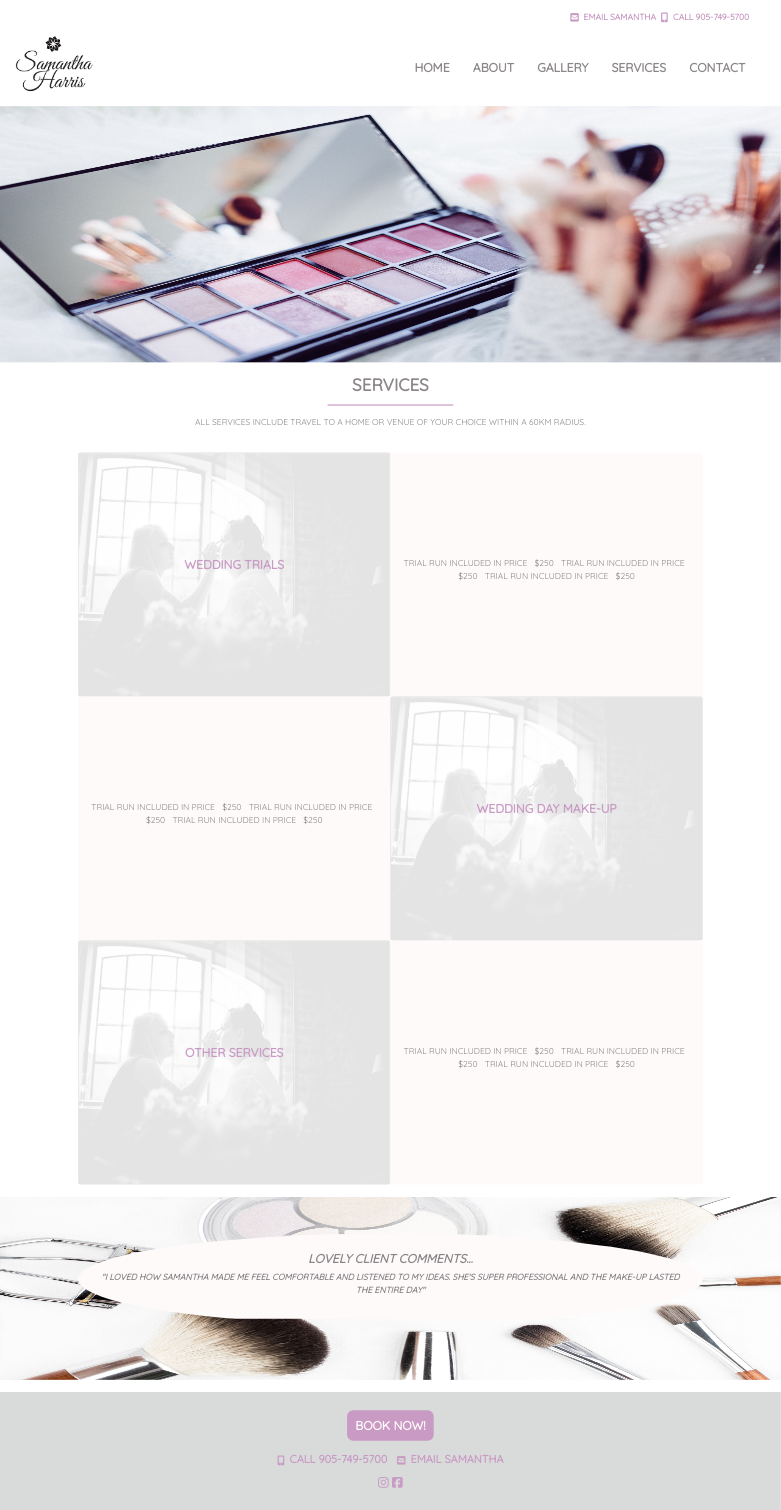
Repository: JayneyNix/milestone-1-UCFD
Page: services.html
The author's editor kept a record of every edit. The page is drawn from the files as they stood at one moment, then again after the next edit.
The browser window is 1280 px wide. The pictures show the whole page, at 61% of full size.
Some web libraries are served in a nearby version.

Above is the page before.

### services.html
<!DOCTYPE html>
<html lang="en">

<head>
    <meta charset="UTF-8">
    <meta name="viewport" content="width=device-width, initial-scale=1.0">
    <meta http-equiv="X-UA-Compatible" content="ie=edge">
    <title>Services | Professional Bridal Make-Up | Samantha Harris</title>
    <script src="https://code.jquery.com/jquery-3.3.1.slim.min.js" integrity="sha384-q8i/X+965DzO0rT7abK41JStQIAqVgRVzpbzo5smXKp4YfRvH+8abtTE1Pi6jizo" crossorigin="anonymous"></script>
    <link href="https://stackpath.bootstrapcdn.com/bootstrap/4.3.1/css/bootstrap.min.css" rel="stylesheet" integrity="sha384-ggOyR0iXCbMQv3Xipma34MD+dH/1fQ784/j6cY/iJTQUOhcWr7x9JvoRxT2MZw1T" crossorigin="anonymous" type="text/css">
    <link rel="stylesheet" href="https://cdnjs.cloudflare.com/ajax/libs/hover.css/2.3.1/css/hover-min.css" type="text/css">
    <link rel="stylesheet" href="https://fonts.googleapis.com/css?family=Quicksand">
    <script src="https://kit.fontawesome.com/26094534a3.js" crossorigin="anonymous"></script>
    <link rel="stylesheet" href="Assets/style.css" class="text/css">
</head>

<body>
    <!--Navigation-->

    <div class="fixed-header d-flex flex-row-reverse mt-2 pr-5 align-items-center">
        <div class="p-1 call-text mt-2">
            <a class="call-header" href="tel:905-749-5700" target="-blank">
                <h5 class="h5 headings"><span class="number">Call 905-749-5700</span></h5>
            </a>
        </div>
        <div class="p-1 call-icon"><a class="call-header" href="tel:905-749-5700" target="-blank"><i class="fas fa-mobile-alt" aria-hidden="true"></i></a>
        </div>
        <div class="p-1 email-text mt-2">
            <a class="email-header" href="mailto:bookings@samanthaharris.ca" target="-blank">
                <span class="call"><h5 class="h5 headings">Email Samantha</h5></span>
            </a>
        </div>
        <div class="p-1 email-icon"><a class="email-header" href="mailto:bookings@samanthaharris.ca" target="-blank"><i class="fas fa-envelope-square" aria-hidden="true"></i></a>
        </div>
    </div>


    <div class="container-fluid nav-container no-padding" role="navigation">
        <nav class="navbar navbar-light navbar-expand-lg">

            <a class="navbar-brand" href="index.html">
                <img src="Assets/logo.png" class="d-inline-block align-top"
      alt="samantha-harris-logo"/>
      </a>

            <button class="navbar-toggler ml-auto" type="button" data-toggle="collapse" data-target="#navbarNavDropdown" aria-controls="navbarNavDropdown" aria-expanded="false" aria-label="Toggle navigation">
          <span class="navbar-toggler-icon"></span>
      </button>
            <div class="collapse navbar-collapse" id="navbarNavDropdown">
                <ul class="navbar-nav navbar-default ml-auto">
                    <li class="nav-item">
                        <a class="nav-link active" href="index.html">Home</a>
                    </li>
                    <li class="nav-item">
                        <a class="nav-link" href="about.html">About</a>
                    </li>
                    <li class="nav-item">
                        <a class="nav-link" href="gallery.html">Gallery</a>
                    </li>
                    <li class="nav-item">
                        <a class="nav-link" href="services.html">Services</a>
                    </li>
                    <li class="nav-item last">
                        <a class="nav-link" href="contact.html">Contact</a>
                    </li>
                </ul><br>
            </div>
        </nav>
    </div>

    <!--Navigation-->

    <!--Introduction-->

    <div class="container-fluid services-main-banner no-padding">
        <div class="row no-gutters">
            <div class="col-sm-12">
                <img src="Assets/make-up-palette.jpg" class="img-fluid services-image w-100" alt="about-page-banner-image" />

            </div>
        </div>
    </div>

    <div class="container-fluid intro-section no-padding text-center">
        <div class="row no-gutters">
            <div class="col-sm-12 col-md-12-offset-3">
                <h1 class="h1 headings">Services</h1>
                <hr class="line">
                <p class="p headings">All services include travel to a home or venue of your choice within a 60km radius.</p><br>
            </div>

        </div>

    </div>

    <!--Introduction-->

    <!--Services Section-->

   <div class="container services-container text-center">
        <div class="row pricing-row d-flex justify-content-center no-gutter">
            <div class="card services-heading col-md-6 d-flex align-content-center flex-wrap">
                <img class="card-img img-fluid" src="Assets/make-up-artist-and-bride-facing-eachother.jpg" alt="card-background">
                <div class="card-img-overlay">
                    <h2 class="card-title h2 headings">Wedding Trials</h2>
                </div>
            </div>

            <div class="services-text col-md-6 col-sm-order-2 d-flex align-content-center flex-wrap">
                <ul class="list-inline p headings">
                    <li class="list-inline-item">Trial Run included in price</li>
                    <li class="list-inline-item">$250</li>
                    <li class="list-inline-item">Trial Run included in price</li>
                    <li class="list-inline-item">$250</li>
                    <li class="list-inline-item">Trial Run included in price</li>
                    <li class="list-inline-item">$250</li>
</ul>
            </div>
        </div>
        <div class="row pricing-row d-flex justify-content-center no-gutter">
            <div class="services-text col-md-6 col-sm-push-6 d-flex align-content-center flex-wrap">
                <ul class="list-inline p headings">
                    <li class="list-inline-item">Trial Run included in price</li>
                    <li class="list-inline-item">$250</li>
                    <li class="list-inline-item">Trial Run included in price</li>
                    <li class="list-inline-item">$250</li>
                    <li class="list-inline-item">Trial Run included in price</li>
                    <li class="list-inline-item">$250</li>
                    </ul>
            </div>

            <div class="card services-heading col-md-6 col-sm-push-6 d-flex align-content-center flex-wrap">
                <img class="card-img img-fluid" src="Assets/make-up-artist-and-bride-facing-eachother.jpg" alt="card-background">
                <div class="card-img-overlay">
                    <h2 class="card-title h2 headings">Wedding Day Make-Up</h2>
                </div>
            </div>
        </div>

        <div class="row pricing-row d-flex justify-content-center no-gutter">
            <div class="card services-heading col-md-6 d-flex align-content-center flex-wrap">
                <img class="card-img img-fluid" src="Assets/make-up-artist-and-bride-facing-eachother.jpg" alt="card-background">
                <div class="card-img-overlay">
                    <h2 class="card-title h2 headings">Other Services</h2>
                </div>
            </div>

            <div class="services-text col-md-6 col-sm-order-2 d-flex align-content-center flex-wrap">
                <ul class="list-inline p headings">
                    <li class="list-inline-item">Trial Run included in price</li>
                    <li class="list-inline-item">$250</li>
                    <li class="list-inline-item">Trial Run included in price</li>
                    <li class="list-inline-item">$250</li>
                    <li class="list-inline-item">Trial Run included in price</li>
                    <li class="list-inline-item">$250</li>
</ul>
            </div>
    </div>
    </div>


 <!--Services Section-->


    <!--Testimonials-->

    <div id="testimonial-carousel" class="carousel slide d-none d-md-block" data-ride="carousel">
        <div class="carousel-inner">
            <div class="carousel-item active">
                <img class="carousel-image d-block w-100" src="Assets/cosmetic-brushes.png" alt="Slide-One">
                <div class="carousel-caption d-none d-md-block height-auto">
                    <div class="box">
                        <h2 class="h2 headings carousel-heading align-items-center justify-content-center">Lovely client comments...</h2>
                        <p class="p headings carousel-text">"Sam was awesome from the moment I met her I knew I didn't want anyone else to do my make-up! I felt so confident and beautiful but still like me"
                        </p>
                    </div>
                </div>
            </div>

            <div class="carousel-item">
                <img class="carousel-image d-block w-100" src="Assets/cosmetic-brushes.png" alt="Slide-Two">
                <div class="carousel-caption d-none d-md-block">
                    <div class="box">
                        <h2 class="h2 headings carousel-heading align-items-center justify-content-center">Lovely client comments...</h2>
                        <p class="p headings carousel-text">"I loved how Samantha made me feel comfortable and listened to my ideas. She's super professional and the make-up lasted the entire day"
                        </p>
                    </div>
                </div>
            </div>
            <div class="carousel-item">
                <img class="carousel-image d-block w-100" src="Assets/cosmetic-brushes.png" alt="Slide-Three">
                <div class="carousel-caption d-none d-md-block">
                    <div class="box">
                        <h2 class="h2 headings carousel-heading align-items-center justify-content-center">Lovely client comments...</h2>
                        <p class="p headings carousel-text">"I was looking for someone who uses natural products and the latest techniques and Samantha was knowledgeable, experienced and wasn't flustered with our party of 7!"
                        </p>
                    </div>
                </div>
            </div>
        </div>
    </div>

    <!--Testimonials-->

    <!--Footer-->

    <footer class="container-fluid footer-container no-padding">

        <div id="footer" class="row">
            <div class="col-sm-12">
                <div class="action">
                    <btn class="footer-button">
                        <a class="contact-link" href="contact.html">
                            <h2 class="h2 headings footer-items">BOOK NOW!</h2>
                        </a>
                    </btn>
                </div>

                <div class="d-flex flex-row justify-content-center mt-3">

                    <div class="p-1 call-icon"><a class="call-header" href="tel:905-749-5700" target="-blank"><i class="fas fa-mobile-alt" aria-hidden="true"></i></a>
                    </div>
                    <div class="p-1 call-text mr-2">
                        <a class="call-contact" href="tel:905-749-5700" target="-blank">
                            <h3 class="h3 headings">Call 905-749-5700</h3>
                        </a>
                    </div>
                    <div class="p-1 email icon"><a class="email-header" href="mailto:bookings@samanthaharris.ca" target="-blank"><i class="fas fa-envelope-square" aria-hidden="true"></i></a>
                    </div>
                    <div class="p-1 email-text">
                        <a class="email-contact" href="mailto:bookings@samanthaharris.ca" target="-blank">
                            <h3 class="h3 headings">Email Samantha</h3>
                        </a>
                    </div>
                </div>

                <div class="col-sm-12">
                    <div class="social"></div>
                    <a class="insta" href="https://www.instagram.com" target="-blank"><i class="fab fa-instagram" aria-hidden="true"></i>
                    </a>
                    <a class="facebook" href="https://www.facebook.com" target="-blank"><i class="fab fa-facebook-square" aria-hidden="true"></i></a>
                </div>
            </div>
        </div>
    </footer>

    <!--Footer-->
    <script src="https://cdnjs.cloudflare.com/ajax/libs/jquery/3.4.1/jquery.slim.min.js"></script>
    <script src="https://cdnjs.cloudflare.com/ajax/libs/popper.js/1.15.0/umd/popper.min.js"></script>
    <script src="https://cdnjs.cloudflare.com/ajax/libs/twitter-bootstrap/4.3.1/js/bootstrap.min.js"></script>
</body>

</html>

### Assets/style.css
/*Typography*/

.headings {

    font-family: Quicksand, sans-serif;
    text-transform: uppercase;
    font-weight: bold;
}

.h1 {
    font-size: 28px;
    color: #8a8689;
    font-weight: bold;
}

.h2 {
    font-size: 20px;
    font-weight: bold;
}

.h3 {
    font-size: 18px;
    color: #8a8689;
}

.h4 {
    font-size: 16px;
}

.h5 {
    font-size: 14px;
    color: #8a8689;
}

.p {
    font-size: 14px;
    color: #8a8689;
    font-weight: normal;
}

.line {
    border-style: solid;
    border-width: 1px;
    border-color: #c99bc4;
    width:20%;
    background-position: center;
    background-repeat: no-repeat;
}

/*Typography*/


/*Contact Header*/

.p-1 .email-header {
    color: #c99bc4;
    text-decoration: none;
}

.p-1 .call-header {
    color: #c99bc4;
    text-decoration: none;
}

.p-1 .email-header:hover {
    color: #8a8689;
}

.p-1 .call-header:hover {
    color: #8a8689;
}

.p-1 .h5 {
    color: #c99bc4;
}

.p-1 .h5:hover {
    color: #8a8689;
}

/*Contact Header*/


/*--Navigation--*/

.nav-container {
    padding-right: 20px;
    padding-left: 0;
}

.navbar {
    background-color: #fff;
    padding: 0;
}

.navbar-brand {
    padding-left: 20px;
    padding-bottom: 20px;
    background-size: cover;
    width: 150;
    height: 150;
}

.navbar-nav {
    padding-right: 30px;
}

.nav-item {
    padding: 20;
}

.nav-link {
    font-family: "Quicksand", sans-serif;
    font-size: 20px;
    font-weight: bold;
    text-decoration: none;
    text-transform: uppercase;
    color: #8a8689!important;
    vertical-align: middle;
    padding-left: 30px!important;
}

.nav-link:hover {
    color: #c99bc4!important;
    transform: scale(1.25);
    transition: ease-in-out;
    transition-duration: 0.3s;
}

.navbar-light .navbar-toggler {
    padding-right: 30px;
    border: 0;
    font-weight: bold;
}

  .navbar-toggler:focus, .navbar-toggler:active {
    outline: none;
    box-shadow: none;
    color: #c99bc4;
  }

@media (max-width: 992px) {
    #navbarNavDropdown {
        text-align: center;
    }
}

/*--Navigation--*/


/*--Footer*/

.container-fluid .footer-container {
    display: inline-block;
    font-size: 0;
}

#footer {
    background-color: #d9dbda;
    text-align: center;
    padding-top: 30px;
    padding-bottom: 30px;
}

.footer-button {
    position: relative;
    display: inline-block;
    font-family: "Quicksand", sans-serif;
    font-size: 20px;
    font-weight: bolder;
    text-transform: uppercase;
    vertical-align: middle;
    border: 3px solid #c99bc4;
    border-radius: 10px;
    padding: 10px;
    text-align: center;
    background-color: #c99bc4;
}

.footer-button .contact-link {
    text-decoration: none;
}

.footer-items {
    color: #fffafa;
    font-weight: bold;
    vertical-align: middle;
    margin: 0;
}

.footer-items:hover {
    color: #8a8689;
    transform: scale(1.1);
    transition: ease-in-out;
    transition-duration: 0.5s;
}

.call-contact .h3 {
    color: #c99bc4;
    text-decoration: none;
}

.a .call-contact {
    text-decoration: none;
}

.email-contact .h3 {
    color: #c99bc4;
    text-decoration: none;
}

.a .email-contact {
    text-decoration: none;
}

.call-contact .h3:hover {
    color: #8a8689;
}

.email-contact .h3:hover {
    color: #8a8689;
}

.insta {
    color: #c99bc4;
    font-size: 20px;
}

.facebook {
    color: #c99bc4;
    font-size: 20px;
}

.insta:hover {
    color: #8a8689;
    text-decoration: none;
}

.facebook:hover {
    color: #8a8689;
    text-decoration: none;
}

/*--Footer*/


/*--Homepage Section 1 - Banner & Intro*/

.home-main-banner {
    max-width: 100%;
    height: 100%;
    padding: 0px 0px 20px;
    margin: 0;
    font-size: 0;
}

#home-main-intro {
    padding: 0;
    margin: 0;
}

.intro-section {
    padding: 0;
    width: 80%;
}

/*--End Homepage Section 1 - Banner & Intro*/


/*--Homepage Section 2 - Testimonials*/

#testimonial-carousel {
    display: block;
    padding: 0;
    font-size: 0;
    margin-bottom: 20px;
    height: 300px;
}

.carousel-image {
    height: 300px;
}

.carousel-caption {
    position: absolute;
    left: 50%;
    top: 40%;
    transform: translate(-50%, -50%);
    overflow: hidden;
    width: 80%;
}

.carousel-heading {
    color: #8a8689;
    font-style: italic;
    font-weight: bolder;
}

.carousel-text {
    font-style: italic;
    font-weight: bolder;
}

.box {
    border: 0px transparent;
    border-radius: 50%;
    background-color: #fffafa;
    padding: 30px;
}

/*--End Homepage Section 2 - Testimonials*/


/*--Gallery--*/

.gallery-container {
    padding-bottom: 20px;
}

/*--End Gallery--*/


/*--Contact Page--*/

.contact-main-banner {
    max-width: 100%;
    padding: 0px 0px 20px;
    margin: 0;
    font-size: 0;
}

.contact-image {
    height: 420px;
}

.contact-intro {
    padding: 0;
    margin: 0;
}

.contact-container {
    width: 100%;
    padding-bottom: 20px;
    margin: 20px 0px;
    padding-left: 0;
    padding-right: 0;
    vertical-align: middle;
    background-color: #fffafa;
}

.row-top {
    padding-top: 40px;
}

.row-second-section  {
    padding-top: 20px;
}

.row-bottom {
    padding-top:20px;
}

.send-btn {
    vertical-align: middle;
    border: 3px solid #c99bc4;
    border-radius: 10px;
    padding: 10px;
    text-align: center;
    background-color: #c99bc4;
    color: #fffafa;
    font-weight: bolder;
}

.send-btn:hover {
    color: #8a8689;
    transform: scale(1.1);
    transition: ease-in-out;
    transition-duration: 0.5s;
}

.form-control::placeholder {
    font-family: Quicksand, 'sans-serif';
    font-size: 14px;
    font-style: italic;
    font-weight: bold;
    text-transform: uppercase;
    color:#8a8689;
}

::-webkit-datetime-edit-text {
    color: #8a8689;
    padding: 0 0.3em;
    text-transform: uppercase;
    font-family: Quicksand, 'sans-serif';
    font-size: 14px;
    font-style: italic;
    font-weight: bold;
    }

/*--End Contact Page--*/


/*--About Page--*/

.about-main-banner {
    max-width: 100%;
    padding: 0px 0px 20px;
    margin: 0;
    font-size: 0;
}

.about-image {
    height: 420px;
}

.about-container {
    margin-bottom: 20px;
}

.about-text {
    margin-right: 10px;
}

.about-heading {
    margin-bottom: 20px;
}

.about-photo {
    display:inline-block;
}

.ul{
    list-style: none;
}

.ul .li:before {

    background-color: #c99bc4;
    border-radius: 50%;
    display: inline-block;
    margin-right: 10px;
    margin-bottom: 2px;
    height: 10px;
    width: 10px;
    content: "\f105";
}

/*--About Page--*/


/*--Services Page--*/

.services-container {

    width: 80%;
    margin-bottom: 20px;
}

.services-main-banner {
    max-width: 100%;
    padding: 0px 0px 20px;
    margin: 0;
    font-size: 0;
}

.services-image {
    height:420px;
}


.services-heading {
    padding:0;
    margin:0;
}

  .card-img {
    width: 100%;
    height:100%;
    opacity: 0.1;
}

.card-img-overlay .card-title {
    font-weight: bolder;
    color: #c99bc4;
    margin-top: 150px;

}

.services-text {
    width:100%;
    background-color: #fffafa;
}


.list-inline {
    text-align: center;
    vertical-align: middle;
}

.pricing-row {
    height:400px;
}

/*--Services Page--*/

After the next edit:
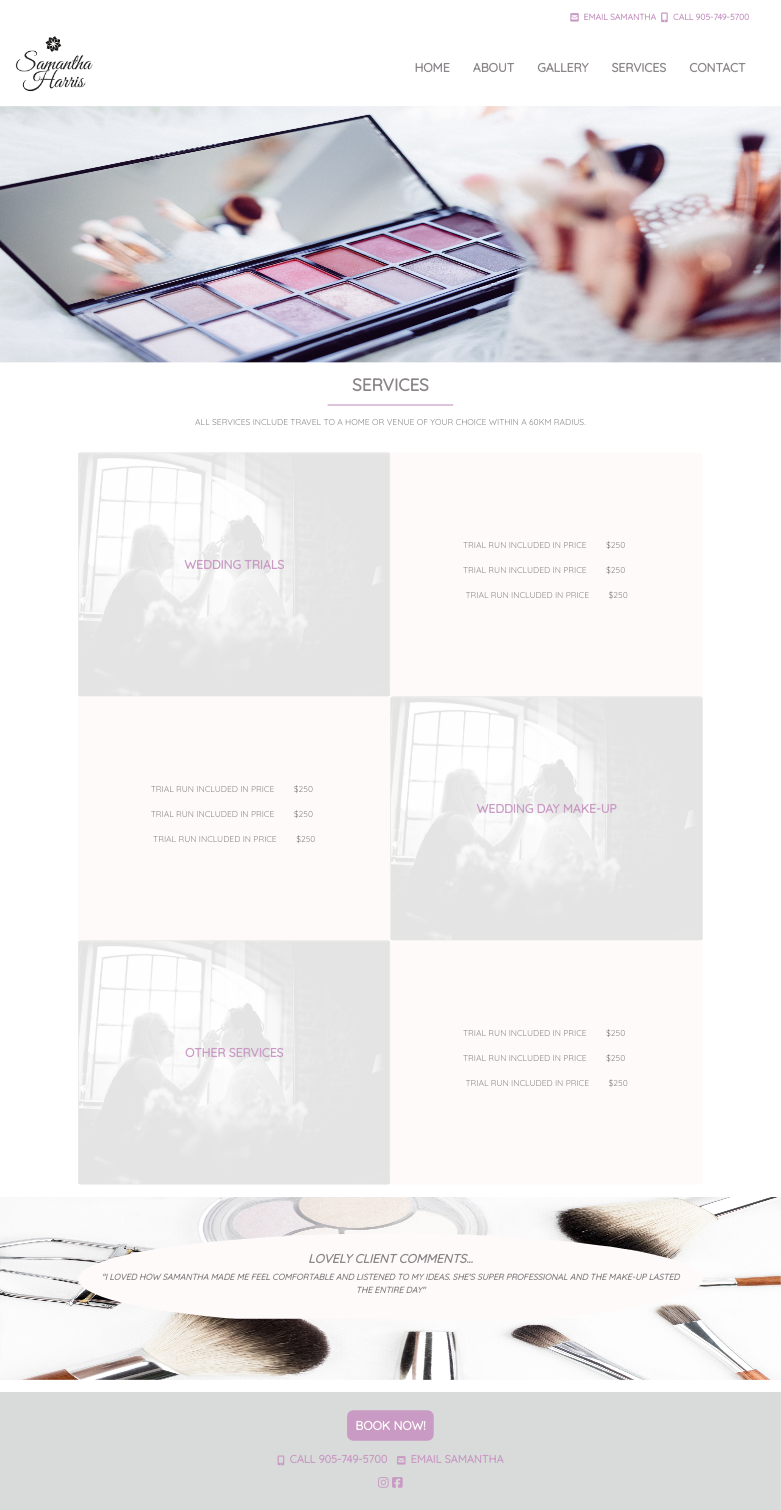
The edit:
--- a/Assets/style.css
+++ b/Assets/style.css
@@ -497,6 +497,10 @@
     vertical-align: middle;
 }
 
+.list-inline-item {
+    padding: 10px;
+}
+
 .pricing-row {
     height:400px;
 }
